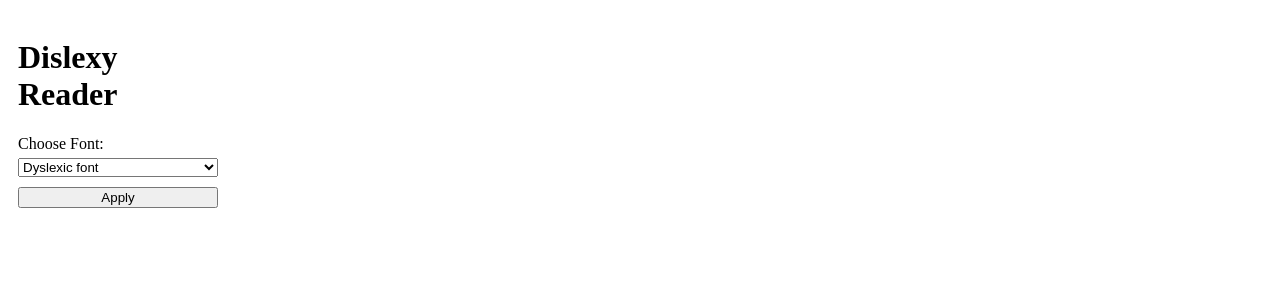
Repository: adatechschool/extension-navigateur-extension_walid_eliana_imelda
Page: popup.html
These files come from the project's save history. The page is drawn as it stood at one moment and after the next save; the edit follows.
The browser window is 1280 px wide. The pictures show the whole page.

Above is the page before, as saved 2024-01-10 16:12:57.

### popup.html
<!DOCTYPE html>
<html lang="en">
<head>
    <link rel="stylesheet" type="text/css" href="popup.css">
    <script src="popup.js"></script>
    <meta charset="UTF-8">
    <meta name="viewport" content="width=device-width, initial-scale=1.0">
    <title>Document</title>
</head>
<body>
    <h1>Dislexy Reader</h1>

    <label for="font-selector">Choose Font:</label>

<select id="font-selector">
    <option value="Dyslecxic Font">Dyslexic font</option>
    <option value="Souligner de lettres">Lettres en gras</option>
</select>

<button id="apply-button">Apply</button>

</body>
</html>

### popup.css
body {
    width: 200px;
    padding: 10px;
}

label {
    display: block;
    margin-bottom: 5px;
}

select, button {
    width: 100%;
    margin-bottom: 10px;
}
 .font-selector {
    font-family: monospace;

 }

### popup.js
document.addEventListener('DOMContentLoaded', function() {
    var applyButton = document.getElementById('apply-button');

    applyButton.addEventListener('click', function() {
    var fontSelector = document.getElementById('font-selector');
    var selectedFont = fontSelector.value;

    chrome.tabs.query({ active: true, currentWindow: true }, function(tabs) {
    chrome.scripting.executeScript({
    target: { tabId: tabs[0].id },
    function: changeFont,
    args: [selectedFont, ['b','p', 's', 'z']]
            });
        });
    });
});

function changeSpecificFonts(selectedFont, letters) {
    document.querySelectorAll('*').forEach(element => {
    const textContent = element.textContent || element.innerText || '';
    const modifiedText = textContent.split('').map(char => {
        return letters.includes(char.toLowerCase()) ? `<span style="font-family: ${selectedFont}">${char}</span>` : char;
    }).join('');
    element.innerHTML = modifiedText;
    });
}

After the next save:
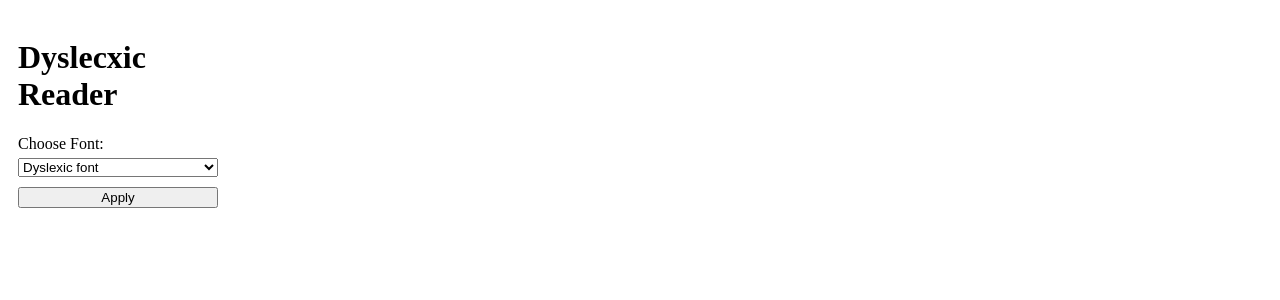
Saved 7 min 58 s later.
--- a/popup.html
+++ b/popup.html
@@ -8,13 +8,14 @@
     <title>Document</title>
 </head>
 <body>
-    <h1>Dislexy Reader</h1>
+    <h1>Dyslecxic Reader</h1>
 
     <label for="font-selector">Choose Font:</label>
 
 <select id="font-selector">
     <option value="Dyslecxic Font">Dyslexic font</option>
-    <option value="Souligner de lettres">Lettres en gras</option>
+    <option value="Souligner de lettres">Lettres en Gras</option>
+    <option value="Souligner de lettres">Toutes les options</option>
 </select>
 
 <button id="apply-button">Apply</button>
